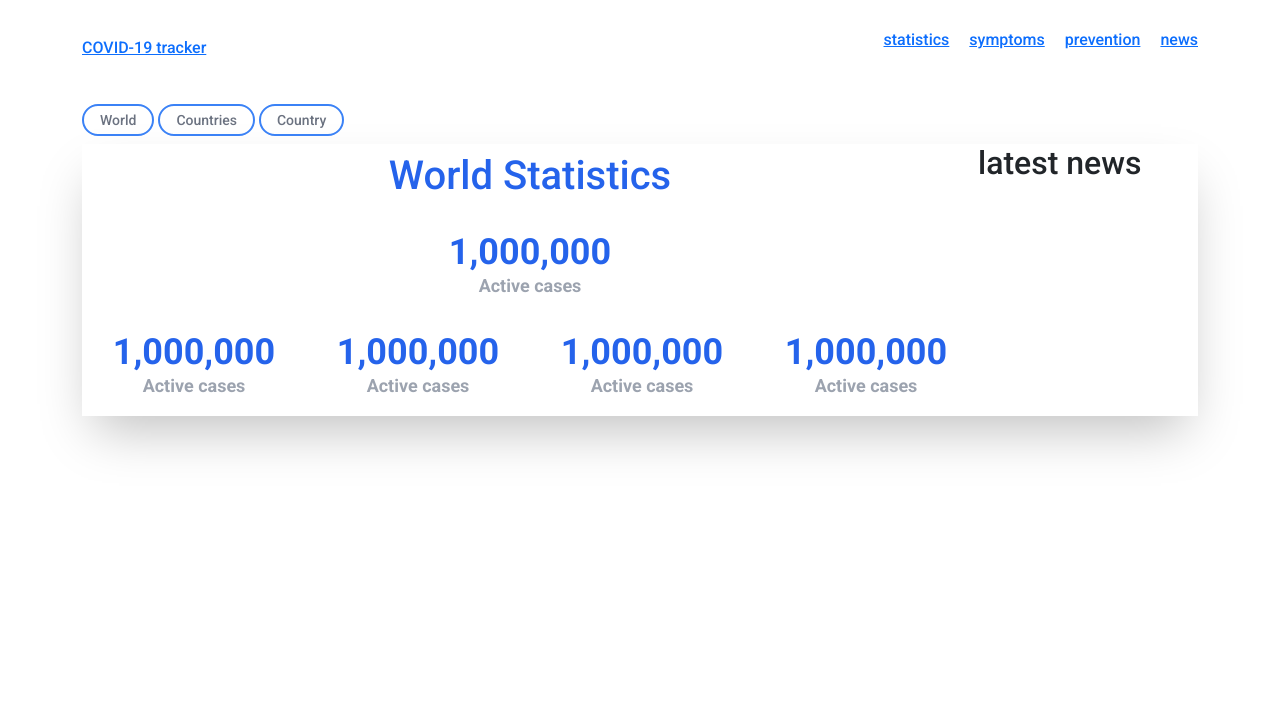
Repository: latenightsnacc/covid-19tracker
Page: design/index.html
An editor plug-in stored every save of this project. The page is shown before and after the next save, followed by the edit.
The browser window is 1280 px wide. The pictures show the whole page.
Some web libraries are served in a nearby version.

Above is the page before, as saved 2021-07-22 16:38:01.

After the next save:
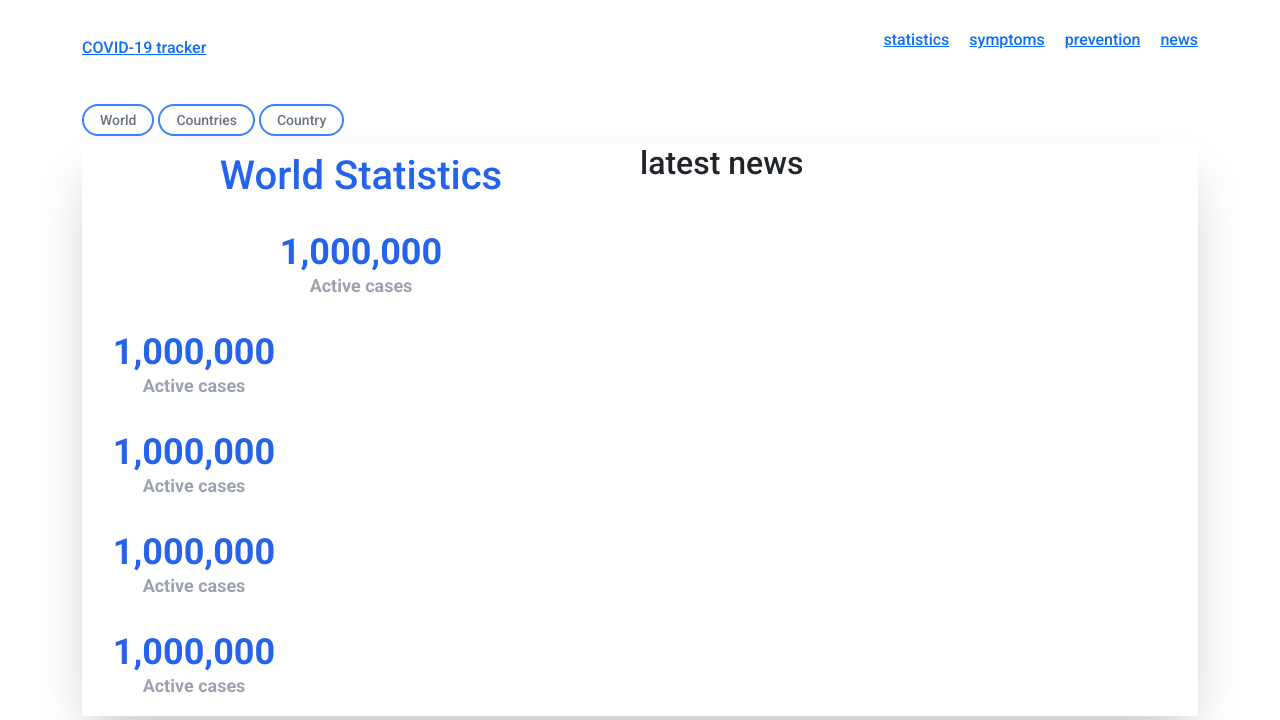
Saved 23 s later.
--- a/design/index.html
+++ b/design/index.html
@@ -80,7 +80,7 @@
                             <span class="text-4xl text-blue-600 font-bold">1,000,000</span>
                             <span class="text-lg text-gray-400 font-bold">Active cases</span>
                         </div>
-                        <div class="flex justify-evenly">
+                        <div class="grid">
                             <div class="w-56 flex flex-col items-center justify-center p-3">
                                 <span class="text-4xl text-blue-600 font-bold">1,000,000</span>
                                 <span class="text-lg text-gray-400 font-bold">Active cases</span>
